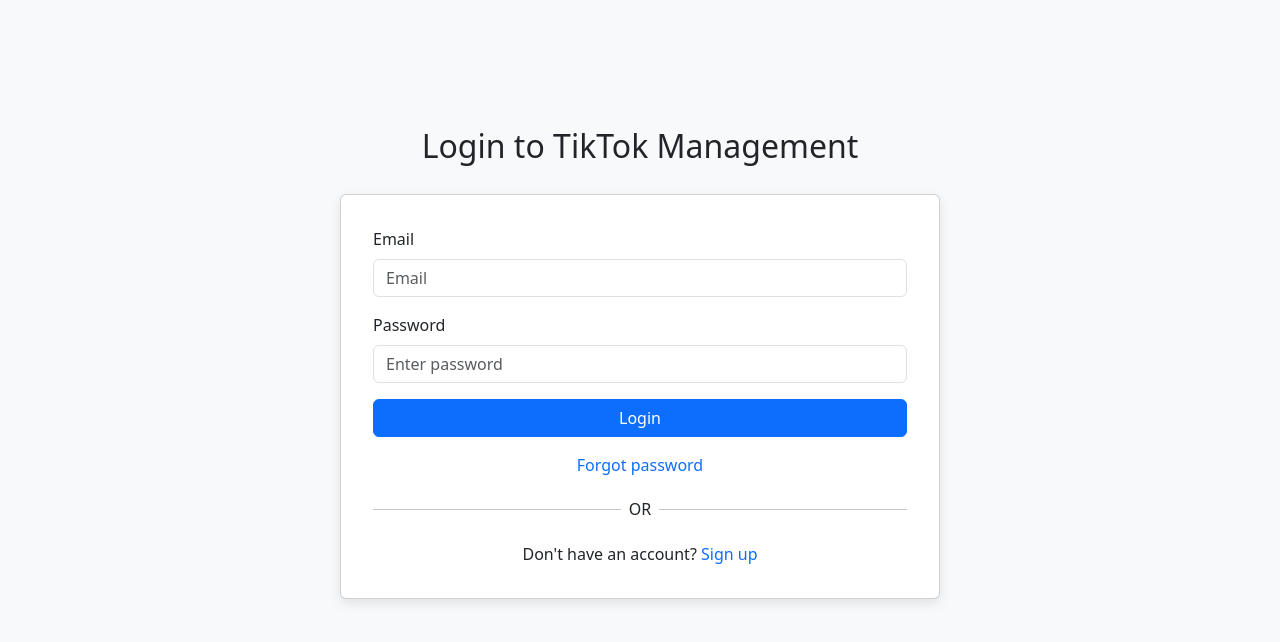
Repository: chaolaolo/tikcrm-fe
Page: /
An editor plug-in stored every save of this project. The page is shown before and after the next save, followed by the edit.
The browser window is 1280 px wide. The pictures show the whole page.
The project was rebuilt for these pictures with package versions that can differ from the ones it lists, and the page was loaded fresh each time. Also part of the build but not shown: vite.config.ts, src/pages/Home/Settings.tsx, src/pages/Home/HomePage.tsx. Imported but missing from the stored project, and not drawn on this page: src/pages/Home/Dashboard, src/pages/Register/RegisterPage.

Above is the page before, as saved 2025-05-22 22:18:05.

### src/main.tsx
import React, { StrictMode } from 'react'
import ReactDOM from 'react-dom/client';
import { createRoot } from 'react-dom/client'
import './index.css'
import { BrowserRouter } from 'react-router-dom';
import { AuthProvider } from './store/AuthContext.tsx';
import App from './App.tsx'
import 'antd/dist/reset.css';
import 'bootstrap/dist/css/bootstrap.min.css';
import 'bootstrap/dist/js/bootstrap.bundle.min.js';

ReactDOM.createRoot(document.getElementById('root')!).render(
  <React.StrictMode>
    <AuthProvider>
      <BrowserRouter>
        <App />
      </BrowserRouter>
    </AuthProvider>
  </React.StrictMode>
)

### src/store/AuthContext.tsx
import React, { createContext, useContext, useState, type ReactNode } from 'react';

interface AuthContextProps {
  isLoggedIn: boolean;
  login: () => void;
  logout: () => void;
}

const AuthContext = createContext<AuthContextProps | undefined>(undefined);

export const AuthProvider = ({ children }: { children: ReactNode }) => {
  const [isLoggedIn, setIsLoggedIn] = useState(false);

  const login = () => setIsLoggedIn(true);
  const logout = () => setIsLoggedIn(false);

  return (
    <AuthContext.Provider value={{ isLoggedIn, login, logout }}>
      {children}
    </AuthContext.Provider>
  );
};

export const useAuth = () => {
  const context = useContext(AuthContext);
  if (!context) throw new Error('useAuth must be used within AuthProvider');
  return context;
};

### src/App.tsx
import { useState } from 'react'
import reactLogo from './assets/react.svg'
import viteLogo from '/vite.svg'
import './App.css'
import { useAuth } from './store/AuthContext';
import { Navigate, Route, Routes } from 'react-router-dom';
import LoginPage from './pages/Auth/LoginPage';
import RegisterPage from './pages/Register/RegisterPage';
import HomePage from './pages/Home/HomePage';
import 'bootstrap/dist/css/bootstrap.min.css';
import 'bootstrap/dist/js/bootstrap.bundle.min.js';
import 'antd/dist/reset.css'

const App = () => {
  const { isLoggedIn } = useAuth();

  return (
    <Routes>
      <Route path="/login" element={<LoginPage />} />
      <Route path="/register" element={<RegisterPage />} />
      <Route
        path="/home/*"
        element={isLoggedIn ? <HomePage /> : <Navigate to="/login" />}
      />
      <Route path="*" element={<Navigate to={isLoggedIn ? "/home" : "/login"} />} />
    </Routes>
  );
};

export default App;

### src/pages/Auth/LoginPage.tsx
import React from 'react';
import 'bootstrap/dist/css/bootstrap.min.css';

const LoginPage: React.FC = () => {
  return (
    <div style={{
      backgroundColor: '#f8f9fa', // Màu light của Bootstrap
      position: 'fixed',
      top: 0,
      left: 0,
      right: 0,
      bottom: 0,
      overflow: 'auto'
    }}>
      <div className="d-flex justify-content-center align-items-center min-vh-100 p-3">
        <div className="w-100" style={{ maxWidth: '600px' }}>
          <p className="text-center mb-4 fs-2">Login to TikTok Management</p>
          <div className="card p-8" style={{
            backgroundColor: 'white',
            boxShadow: '0 4px 12px rgba(0, 0, 0, 0.1)'
          }}>
            <form>
              <div className="mb-3 text-start">
                <label htmlFor="email" className="form-label">Email</label>
                <input
                  type="email"
                  className="form-control"
                  id="email"
                  placeholder="Email"
                />
              </div>

              <div className="mb-3 text-start">
                <label htmlFor="password" className="form-label">Password</label>
                <input
                  type="password"
                  className="form-control"
                  id="password"
                  placeholder="Enter password"
                />
              </div>

              <button type="submit" className="btn btn-primary w-100 mb-3">Login</button>

              <div className="text-center mb-3">
                <a href="#forgot-password" className="text-decoration-none">Forgot password</a>
              </div>

              <div className="d-flex align-items-center mb-3">
                <hr className="flex-grow-1" />
                <span className="px-2">OR</span>
                <hr className="flex-grow-1" />
              </div>

              <div className="text-center">
                <span>Don't have an account? </span>
                <a href="#signup" className="text-decoration-none">Sign up</a>
              </div>
            </form>
          </div>
        </div>
      </div>
    </div>
  );
};

export default LoginPage;

Loaded but not shown: index.html (common file); src/index.css (common file); src/App.css (common file)

After the next save:
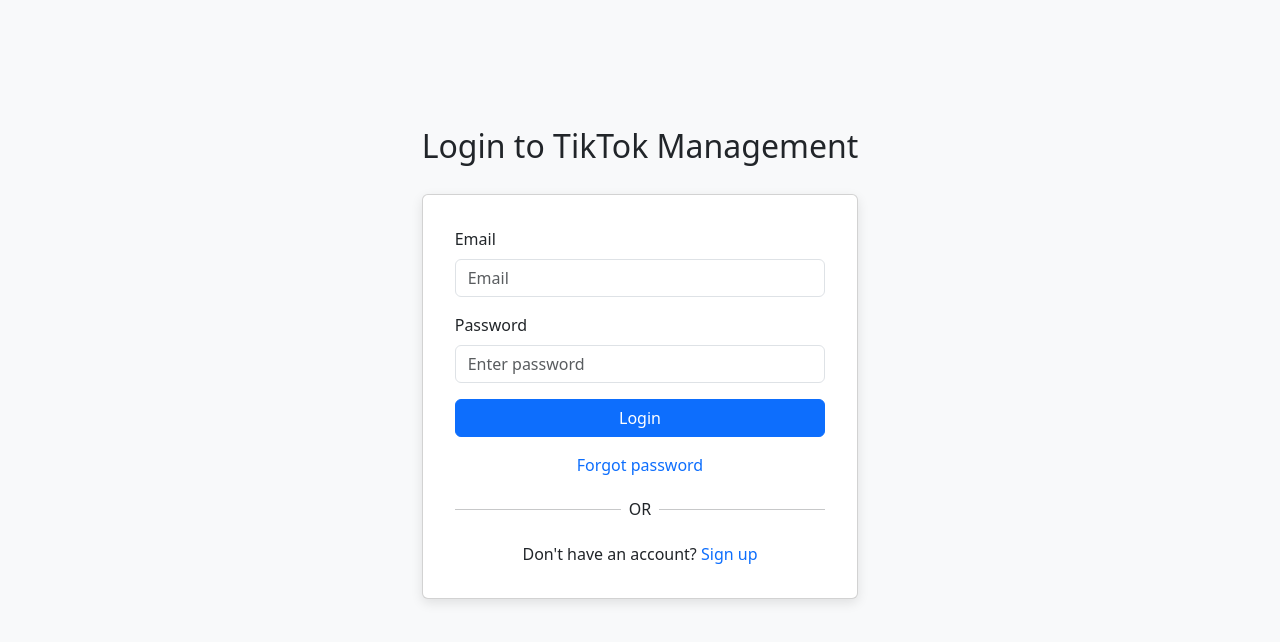
Saved 20 s later.
--- a/src/pages/Auth/LoginPage.tsx
+++ b/src/pages/Auth/LoginPage.tsx
@@ -13,7 +13,7 @@
       overflow: 'auto'
     }}>
       <div className="d-flex justify-content-center align-items-center min-vh-100 p-3">
-        <div className="w-100" style={{ maxWidth: '600px' }}>
+        <div className="w-80" style={{ maxWidth: '600px', }}>
           <p className="text-center mb-4 fs-2">Login to TikTok Management</p>
           <div className="card p-8" style={{
             backgroundColor: 'white',

After the 3 saves that followed:
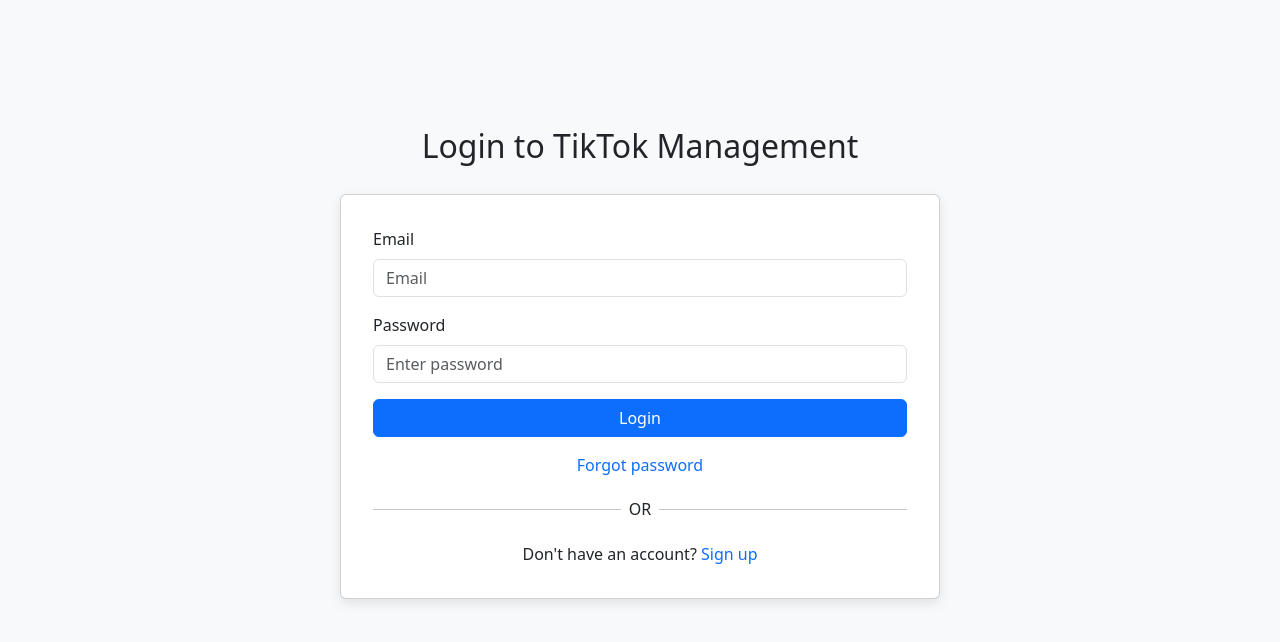
The 3 saves are shown as one change because 2 left the picture as it was.
The last was saved 22 s later.
--- a/src/pages/Auth/LoginPage.tsx
+++ b/src/pages/Auth/LoginPage.tsx
@@ -13,7 +13,7 @@
       overflow: 'auto'
     }}>
       <div className="d-flex justify-content-center align-items-center min-vh-100 p-3">
-        <div className="w-80" style={{ maxWidth: '600px', }}>
+        <div className="w-100" style={{ maxWidth: '600px', }}>
           <p className="text-center mb-4 fs-2">Login to TikTok Management</p>
           <div className="card p-8" style={{
             backgroundColor: 'white',
